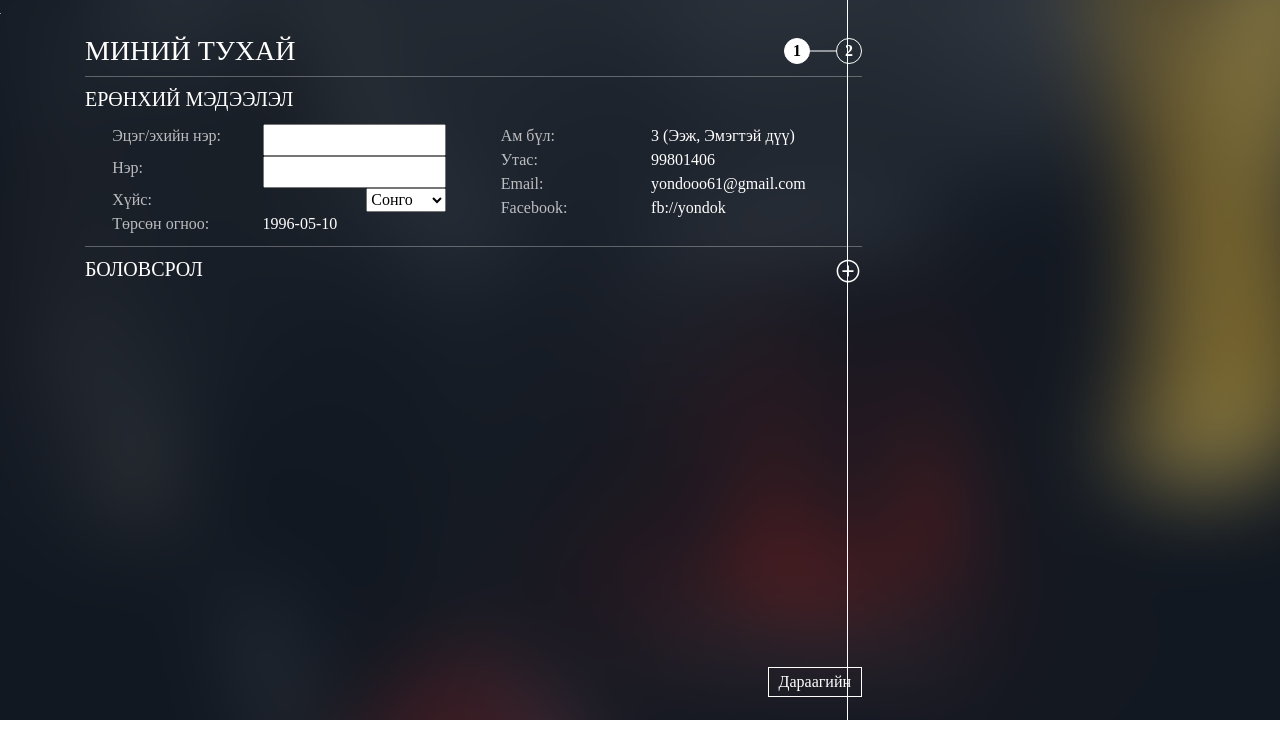
Repository: Yondo202/svProject
Page: /
These files come from the project's save history. The page is drawn as it stood at one moment and after the next save; the edit follows.
The browser window is 1280 px wide. The pictures show the whole page.
The project was rebuilt for these pictures with package versions that can differ from the ones it lists, and the page was loaded fresh each time. The framework's server and built-in components were replaced by stand-ins that run in the browser. Also part of the build but not shown: next.config.js, style/style.scss.

Above is the page before, as saved 2020-11-20 01:22:51.

After the next save:
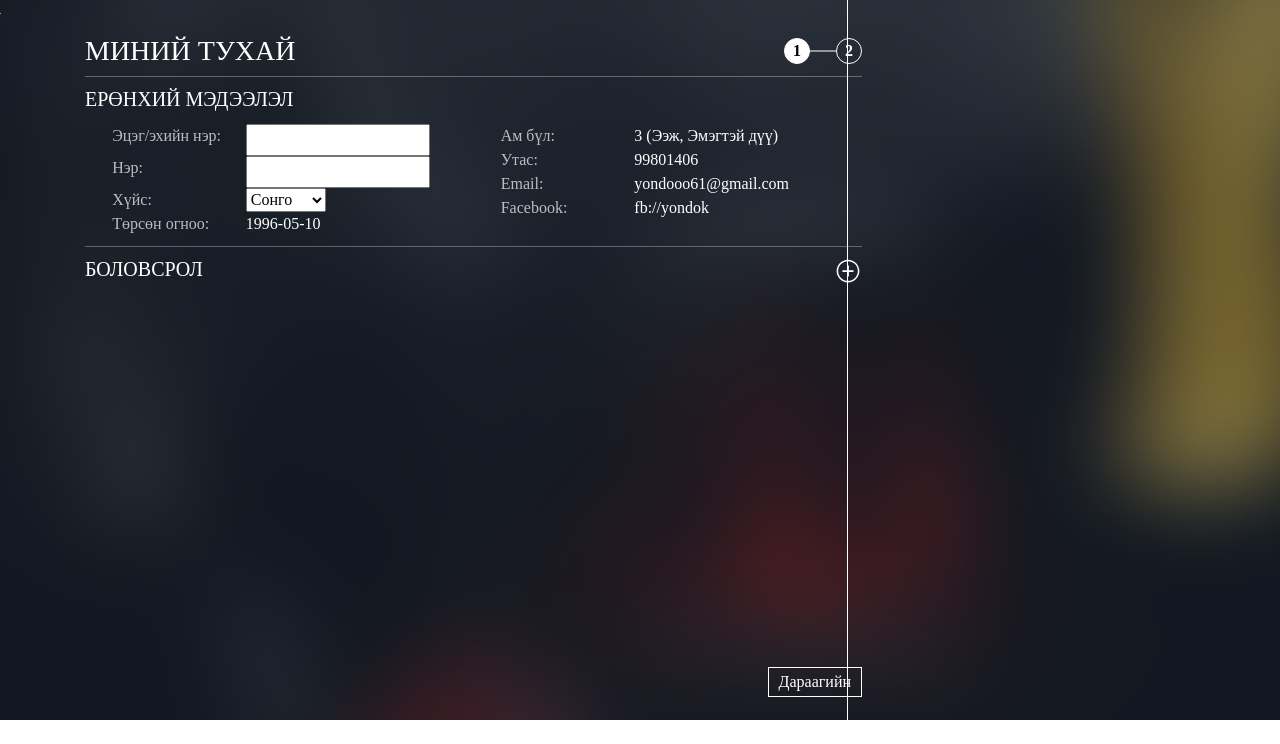
Saved 15 s later.
--- a/components/form1.js
+++ b/components/form1.js
@@ -136,7 +136,7 @@ const Conainer = styled.div`
              .main-info{
                 display:flex;
                 flex-direction:row;
-                justify-content:space-between;
+                justify-content:start;
 
                  .B{
                      color:rgba(255,255,255, 0.7);
